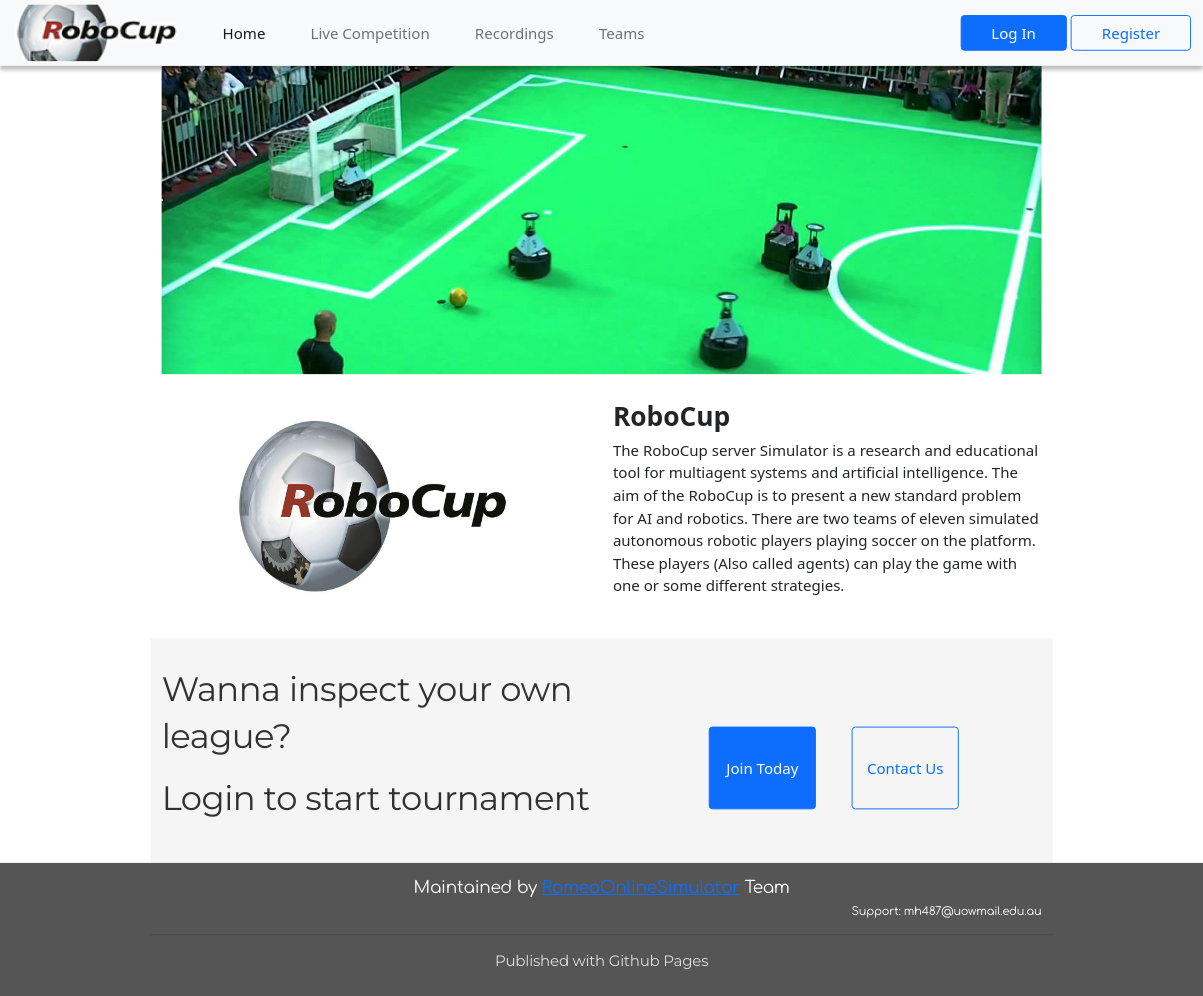
Repository: romeoonlinesim/romeoonlinesim.github.io
Page: index.html
These files come from the project's save history. The page is drawn as it stood at one moment and after the next save; the edit follows.
The browser window is 1280 px wide. The pictures show the whole page, at 94% of full size.

Above is the page before, as saved 2021-05-18 15:49:49.

After the next save:
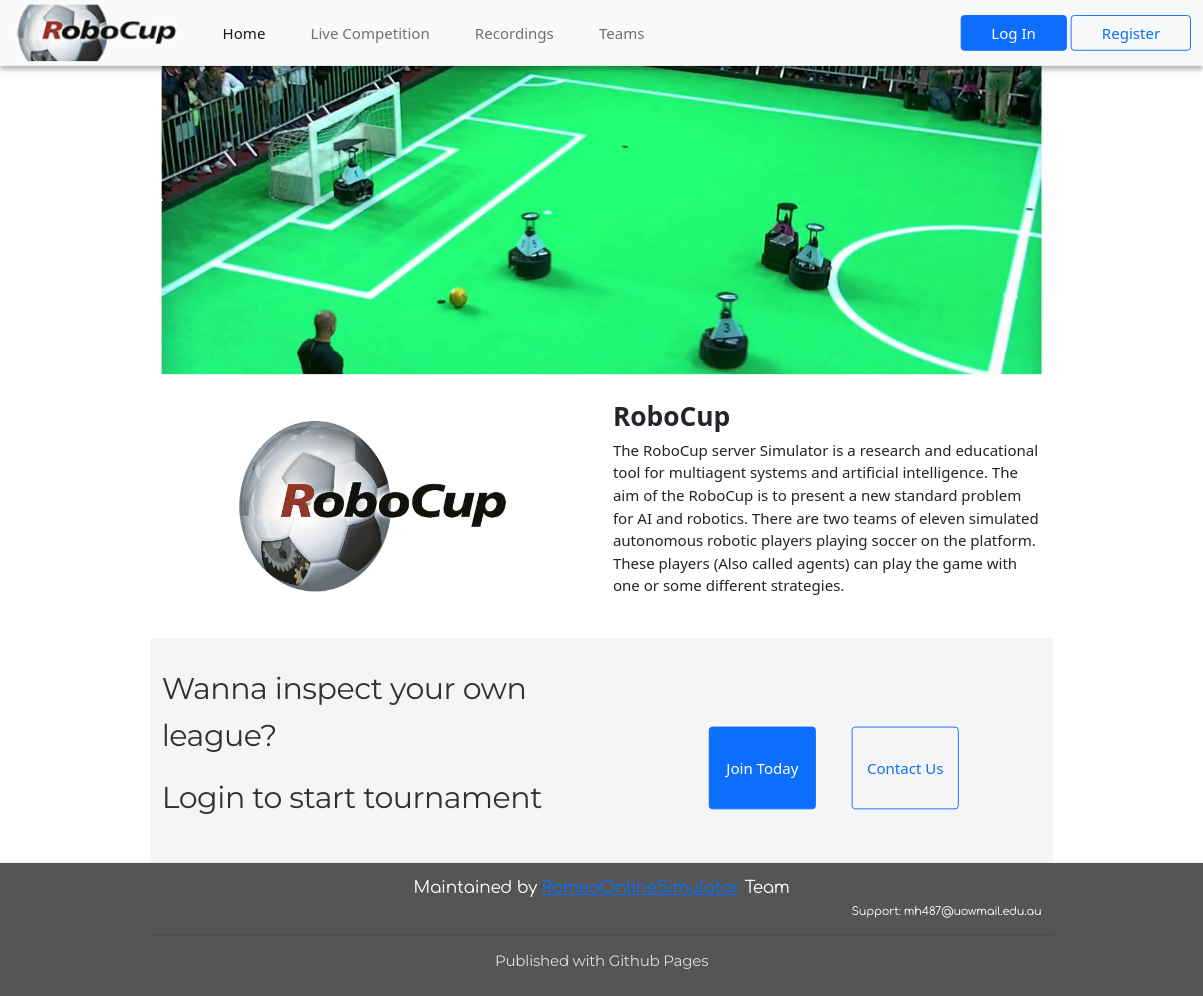
Saved 8 min 3 s later.
--- a/index.html
+++ b/index.html
@@ -55,7 +55,7 @@
             font-family: Montserrat;
             font-style: normal;
             font-weight: normal;
-            font-size: 36px;
+            font-size: 32px;
             line-height: 50px;
             /* or 139% */
 

After the save that followed:
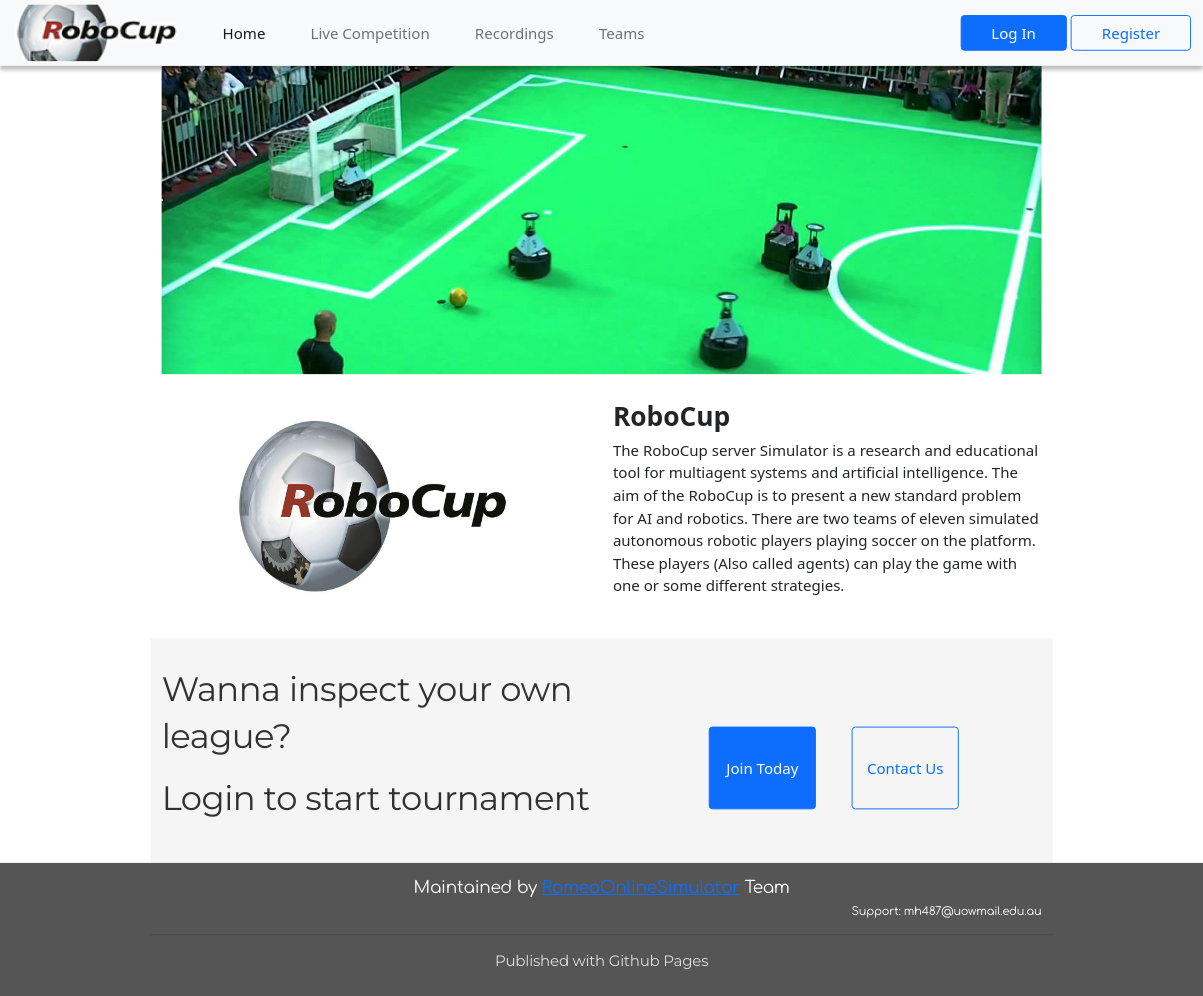
Saved 117 s later.
--- a/index.html
+++ b/index.html
@@ -55,7 +55,7 @@
             font-family: Montserrat;
             font-style: normal;
             font-weight: normal;
-            font-size: 32px;
+            font-size: 36px;
             line-height: 50px;
             /* or 139% */
 
